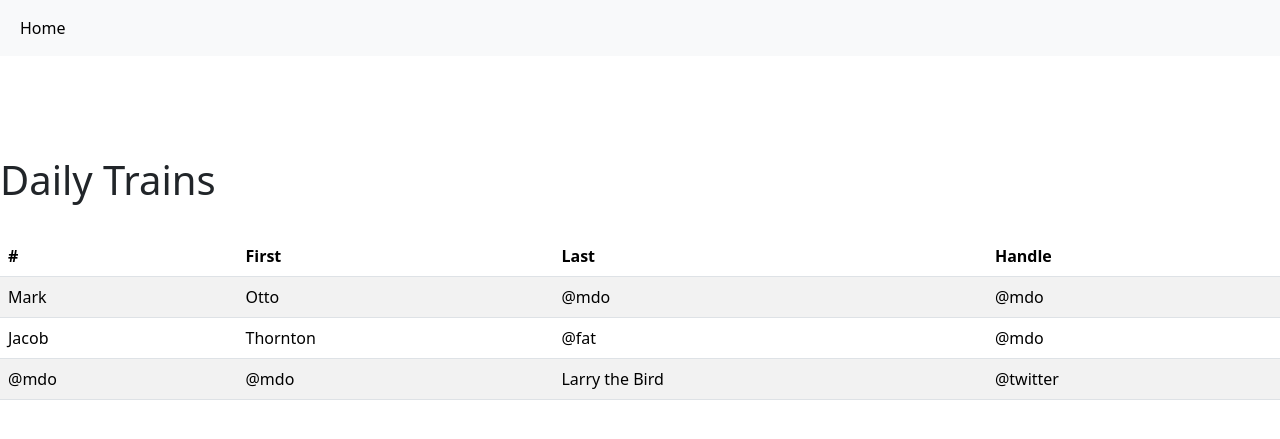
Repository: SachinUthpala/Railway-Reservation
Page: http://localhost/Railway/Train_res
The author's editor kept a copy of each file at every save. The page is drawn from the files as they stood at one save, then again after a run of saves.
The browser window is 1280 px wide. The pictures show the whole page.
The page is served by Tomcat 9. Queries for data that is not in the repository find no rows.

Above is the page before, as saved 2023-05-19 16:59:05.

After the next 2 saves:
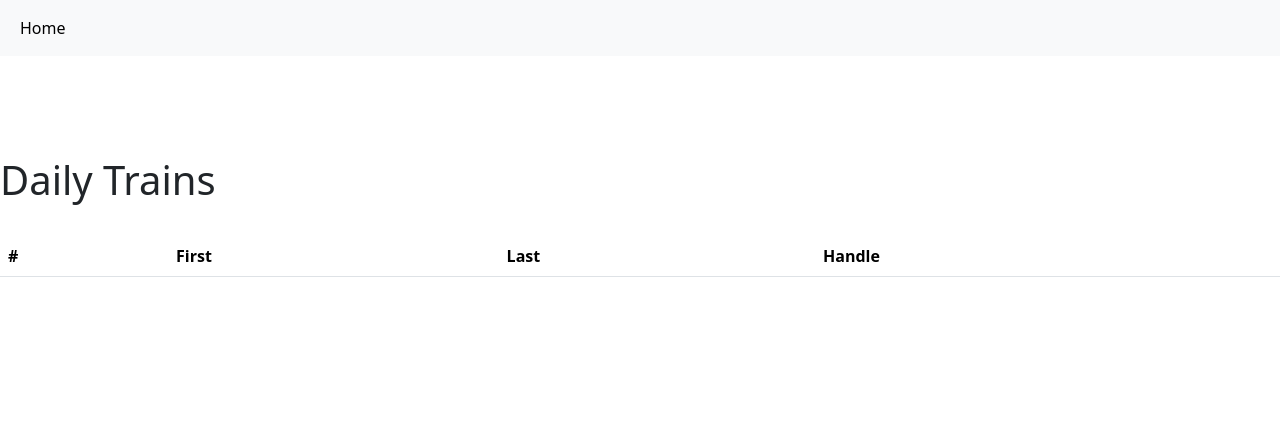
The 2 saves are shown as one change because 1 did not build or start.
The last was saved 2 min 11 s later.
--- a/Railway/src/main/webapp/Trains.jsp
+++ b/Railway/src/main/webapp/Trains.jsp
@@ -53,26 +53,17 @@ System.out.println("\n Username :"+Username);
     </tr>
   </thead>
   <tbody>
+
+  <%for(int i = 0;i<allRess.size();i++){ %>
+
     <tr>
-
       <td>Mark</td>
       <td>Otto</td>
       <td>@mdo</td>
       <td>@mdo</td>
     </tr>
-    <tr>
 
-      <td>Jacob</td>
-      <td>Thornton</td>
-      <td>@fat</td>
-      <td>@mdo</td>
-    </tr>
-    <tr>
-      <td>@mdo</td>
-      <td>@mdo</td>
-      <td>Larry the Bird</td>
-      <td>@twitter</td>
-    </tr>
+    <% } %>
   </tbody>
 </table>
 </div>
